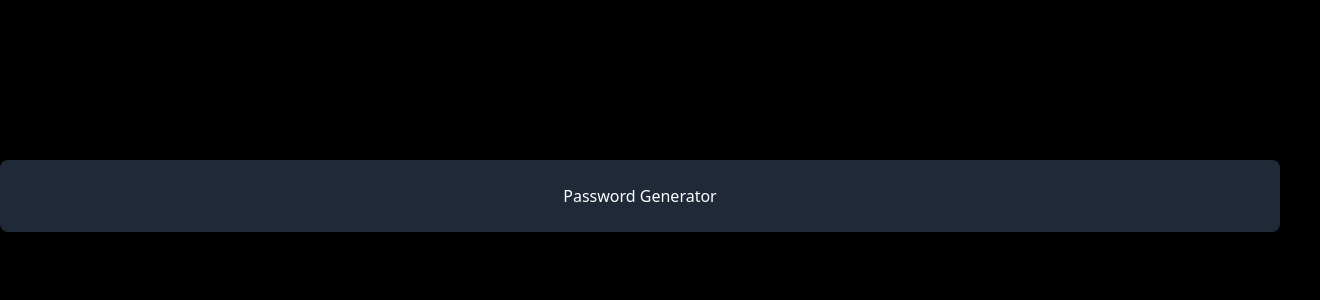
Repository: Abdul-Moeid-Rao/React-Projects
Page: / (app in 05passwordGenrator/)
The author's editor kept a copy of each file at every save. The page is drawn from the files as they stood at one save, then again after the next save.
The browser window is 1280 px wide. The page is 1280 px wide, then 1320 px, then 1280 px, so the pictures cover 1320 px, including what lies to the right of the window. The pictures show the whole page.
The project was rebuilt for these pictures with package versions that can differ from the ones it lists, and the page was loaded fresh each time. Also part of the build but not shown: 05passwordGenrator/vite.config.js.

Above is the page before, as saved 2024-07-14 21:22:11.

### 05passwordGenrator/src/App.jsx
import { useCallback, useEffect, useState } from 'react'

function App() {
  const [length, setLength] = useState(8);
  const [number, setNumber] = useState(false);
  const [char, setChar] = useState(false);
  const [password, setPassword] = useState("");

  const passGenerator = useCallback(()=> {
    let pass = "";
    let str = "ABCDEFGHIJKLMNOPQRSTUVWXYZabcdefghijklmnopqrstuvwxyz"
    if (number) str += "0123456789";
    if (char) str += "!@#$&*%";

    for (let i = 1; i < length; i++) {
      let char = Math.floor(Math.random() * str.length + 1);
      pass += str.charAt(char);

    }
    setPassword(pass)

  }, [length,number, char, setPassword])

  useEffect(()=>{
    passGenerator()
  }, [length, number, char, passGenerator])

  return (
    <div className='w-full  shadow-md rounded-lg px-4 py-3 my-40 mx-100 bg-gray-800 text-orange-500 justify-center'>
      <h1 className='text-white text-center my-3'>Password Generator</h1>
    </div>
  )
}

export default App

Loaded but not shown: 05passwordGenrator/index.html (common file); 05passwordGenrator/src/main.jsx (common file); 05passwordGenrator/src/index.css (common file); 05passwordGenrator/tailwind.config.js (common file)

After the next save:
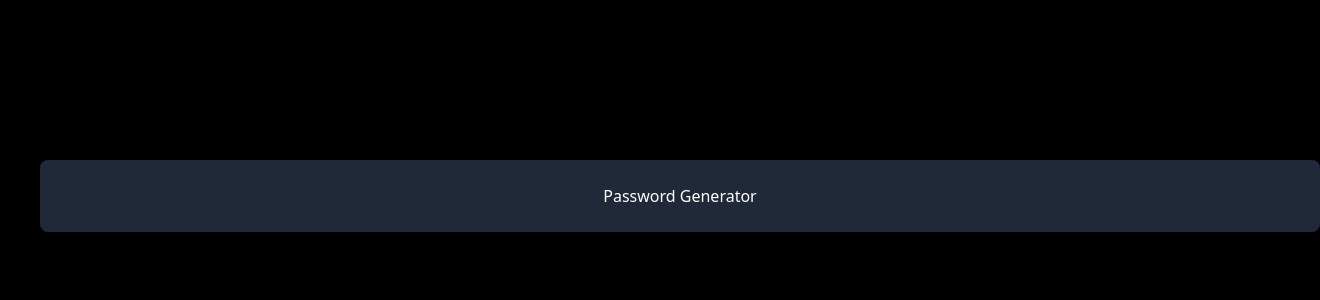
Saved 23 s later.
--- a/05passwordGenrator/src/App.jsx
+++ b/05passwordGenrator/src/App.jsx
@@ -26,7 +26,7 @@
   }, [length, number, char, passGenerator])
 
   return (
-    <div className='w-full  shadow-md rounded-lg px-4 py-3 my-40 mx-100 bg-gray-800 text-orange-500 justify-center'>
+    <div className='w-full  shadow-md rounded-lg px-4 py-3 my-40 mx-10 bg-gray-800 text-orange-500 justify-center'>
       <h1 className='text-white text-center my-3'>Password Generator</h1>
     </div>
   )

After the save that followed:
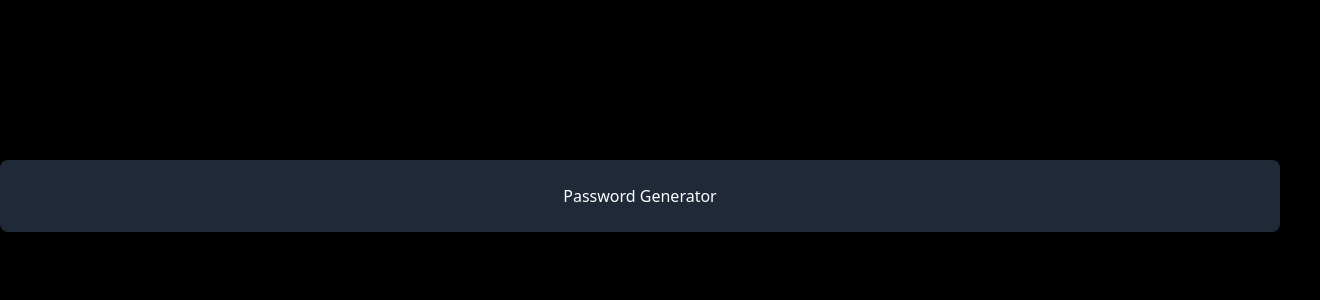
Saved 13 s later.
--- a/05passwordGenrator/src/App.jsx
+++ b/05passwordGenrator/src/App.jsx
@@ -26,7 +26,7 @@
   }, [length, number, char, passGenerator])
 
   return (
-    <div className='w-full  shadow-md rounded-lg px-4 py-3 my-40 mx-10 bg-gray-800 text-orange-500 justify-center'>
+    <div className='w-full  shadow-md rounded-lg px-4 py-3 my-40  bg-gray-800 text-orange-500 justify-center'>
       <h1 className='text-white text-center my-3'>Password Generator</h1>
     </div>
   )
